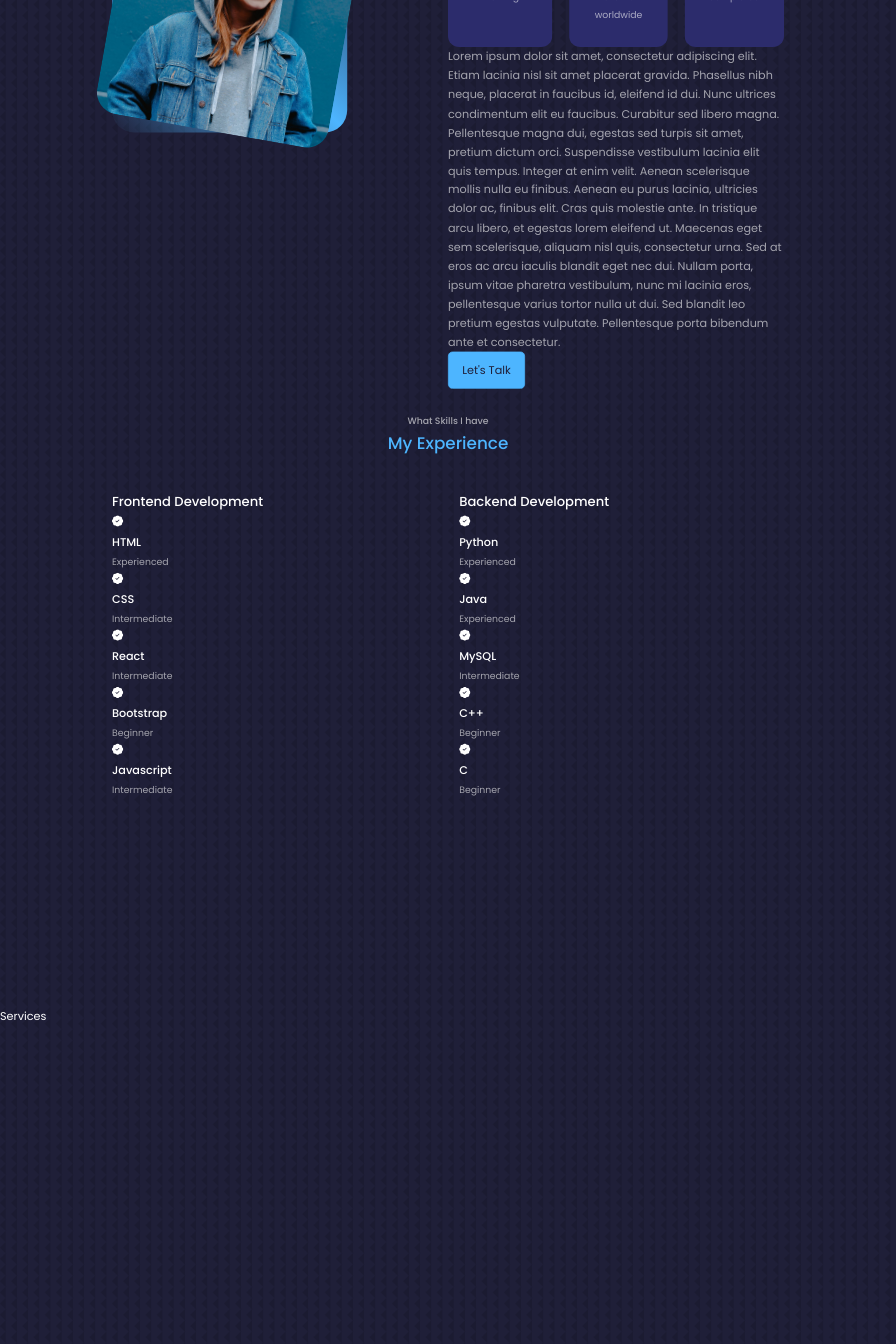
Repository: smallchungus/resumeWebsite
Page: / (app in hello/)
An editor plug-in stored every save of this project. The page is shown before and after the next save, followed by the edit.
The browser window is 1280 px wide. The pictures show the part of the page from y = 1105 to 3025 px (the page is 5835 px tall), at 70% of full size.
The project was rebuilt for these pictures with package versions that can differ from the ones it lists, and the page was loaded fresh each time. Also part of the build but not shown: hello/src/components/portfolio/portfolio.css, hello/src/components/contact/contact.css, hello/src/components/footer/footer.css. Imported but missing from the stored project, and not drawn on this page: hello/src/assets/cv.pdf.

Above is the page before, as saved 2023-03-23 19:04:06.

### hello/public/index.html
<!DOCTYPE html>
<html lang="en">

<head>
    <meta charset="UTF-8">
    <meta http-equiv="X-UA-Compatible" content="IE=edge">
    <meta name="viewport" content="width-device-width, initial-scale=1.0">
    <title>Resume Portfolio Website</title>
</head>
<body>
    <div id="root"></div>
</body>
</html>

### hello/src/App.jsx
import React from 'react'
import Header from './components/header/Header'
import Nav from './components/nav/Nav'
import About from './components/about/About'
import Experience from './components/experience/Experience'
import Services from './components/services/Services'
import Portfolio from './components/portfolio/Portfolio'
import Testimonial from './components/testimonial/Testimonial'
import Contact from './components/contact/Contact'
import Footer from './components/footer/Footer'

const App = () => {
  return (
    <>
    <Header />
    <Nav />
    <About />
    <Experience />
    <Services />
    <Portfolio />
    <Testimonial />
    <Contact />
    <Footer />
    </>
  )
}

export default App

### hello/src/index.css
@import url('https://fonts.googleapis.com/css2?family=Poppins:wght@300;400;500;600&display=swap');

*{
    margin: 0;
    padding: 0;
    border :0;
    outline: 0;
    box-sizing: border-box;
    list-style: none;
    text-decoration: none;

}

:root {
    --color-bg: #1f1f38;
    --color-bg-variant: #2c2c6c;
    --color-primary: #4db5ff;
    --color-primary-variant: rgba(77, 181, 255, 0.4);
    --color-white: #fff;
    --color-light: rgba(255,255,255,0.6);

    --transition: all 400ms ease;

    --container-width-lg: 75%;
    --container-width-md: 86%;
    --container-width-sm: 90%;

}

html{
    scroll-behavior: smooth;
}

body{
    font-family: 'Poppins', sans-serif;
    background: var(--color-bg);
    color: var(--color-white);
    line-height: 1.7;
    background-image: url(../src/assets/bg-texture.png)
}

/* ======================= General Styles =================*/

.container{
    width: var(--container-width-lg);
    margin: 0 auto;
}

h1,h2,h3,h4,h5{
    font-weight: 500;
}

h1{
    font-size:2.5rem;

}

section {
    margin-top: 8rem;
    height: 100vh;
}

section > h2, section > h5 {
    text-align: center;
    color: var(--color-light);
}

section > h2 {
    color: var(--color-primary);
    margin-bottom: 3rem;
}

.text-light{
    color:var(--color-light);
}

a{
    color: var(--color-primary);
    transition: var(--transition);
}

a:hover{
    color: var(--color-white);
}

.btn{
    width: max-content;
    display: inline-block;
    color: var(--color-primary);
    padding: 0.75rem 1.2rem;
    border-radius: 0.4rem;
    cursor: pointer;
    border: 1px solid var(--color-primary);
    transition: var( --transition );
}

.btn:hover{
    background: var(--color-white);
    color: var(--color-bg);
    border-color: transparent;
}

.btn-primary{
    background: var(--color-primary);
    color: var(--color-bg);
}

img{
    display: block;
    width: 100%;
    object-fit: cover;
}


/*==================Media Queries (Medium Devices ) ============= */
@media screen and (max-width: 1024px) {
    .container{
        width: var(--container-width-md);
    }

    section{
        margin-top: 6rem;
    }
}

/*==================Media Queries (Small Devices ) ============= */
@media screen and (max-width: 600px) {
    .container{
        width: var(--container-width-sm);
    }

    section > h2{
        margin-top: 2rem;
    }
}

### hello/src/components/header/Header.jsx
import React from 'react'
import './header.css'
import CTA from './CTA'
import ME from '../../assets/me.png'
import HeaderSocials from './HeaderSocials'
const Header = () => {
  return (
    <header>
      <div className="container header_container">
        <h5>Hello I'm</h5>
        <h1>William Chen</h1>
        <h5 className='text-light'>Fullstack Developer</h5>
        <CTA />
        <HeaderSocials/>

        <div className="me">
          <img src={ME} alt="me" />
        </div>

        <a href='#contact' className='scroll_down'>Scroll down</a>
      </div>
    </header>
  )
}

export default Header

### hello/src/components/nav/Nav.jsx
import React from 'react'
import './nav.css'
import {AiOutlineHome} from 'react-icons/ai'
import {AiOutlineUser}  from 'react-icons/ai'
import {BiBook} from 'react-icons/bi'
import {RiServiceLine} from 'react-icons/ri'
import {BiMessageSquareDetail} from 'react-icons/bi'
import {useState} from 'react'

const Nav = () => {
  const[activeNav, setActiveNav] = useState('#');
  return (
    <nav>
      <a href="#" onClick={() => setActiveNav('#')} className={activeNav === '#' ? 'active' : ''}><AiOutlineHome/></a>
      <a href="#about" onClick={() => setActiveNav('#about')} className={activeNav === '#about' ? 'active' : ''}><AiOutlineUser/></a>
      <a href="#experience" onClick={() => setActiveNav('#experience')} className={activeNav === '#experience' ? 'active' : ''}><BiBook/></a>
      <a href="#services" onClick={() => setActiveNav('#services')} className={activeNav === '#services' ? 'active' : ''}><RiServiceLine/></a>
      <a href="#contact" onClick={() => setActiveNav('#contact')} className={activeNav === '#contact' ? 'active' : ''}><BiMessageSquareDetail/></a>
    </nav>
  )
}

export default Nav

### hello/src/components/about/About.jsx
import React from 'react'
import './about.css'
import ME from '../../assets/me-about.jpg'
import {FiAward} from 'react-icons/fi'
import {FiUsers} from 'react-icons/fi'
import {VscFolderLibrary} from 'react-icons/vsc'

const About = () => {
  return (
    <section id='about'>
      <h5>Get To Know </h5>
      <h2>About Me</h2>

      <div className="container about_container">
        <div className="about_me" >
          <div className="about_me-image">
          <img src={ME} alt="About Image" />
          </div>
        </div>

        <div className="about_content">
          <div className="about_cards">
            <article className="about_card">
              <FiAward className='about_icon'/>
              <h5>Experience</h5>
              <small>1 Year Working</small>
            </article>
            <article className="about_card">
              <FiUsers className='about_icon'/>
              <h5>Clients</h5>
              <small>200+ clients worldwide</small>
            </article>
            <article className="about_card">
              <VscFolderLibrary className='about_icon'/>
              <h5>Projects</h5>
              <small>80+ completed</small>
            </article>
          </div>
          <p>
          Lorem ipsum dolor sit amet, consectetur adipiscing elit. Etiam lacinia nisl sit amet placerat gravida. Phasellus nibh neque, placerat in faucibus
          id, eleifend id dui. Nunc ultrices condimentum elit eu faucibus. Curabitur sed libero magna. Pellentesque magna dui, egestas sed turpis
          sit amet, pretium dictum orci. Suspendisse vestibulum lacinia elit quis tempus. Integer at enim velit. Aenean scelerisque mollis nulla eu finibus. Aenean eu purus lacinia, ultricies dolor ac, finibus elit.
          Cras quis molestie ante. In tristique arcu libero, et egestas lorem eleifend ut. Maecenas eget sem scelerisque, aliquam nisl quis, consectetur urna. Sed at eros ac arcu iaculis blandit eget nec dui. Nullam porta,
          ipsum vitae pharetra vestibulum, nunc mi lacinia eros, pellentesque varius tortor nulla ut dui. Sed blandit leo pretium egestas vulputate. Pellentesque porta bibendum ante et consectetur.
          </p>
          <a href="#contact" className='btn btn-primary'>Let's Talk</a>

        </div>
      </div>
    </section>
  )
}

export default About

### hello/src/components/experience/Experience.jsx
import React from 'react'
import './experience.css'
import {BsPatchCheckFill} from'react-icons/bs'



const Experience = () => {
  return (
    <section id='experience'>
      <h5>What Skills I have</h5>
      <h2>My Experience</h2>

      <div className="container experience_container">
        <div className="experience_frontend">
          <h3>Frontend Development</h3>
          <div className="experience_content">
            <article className='experience_details'>
              <BsPatchCheckFill />
              <h4>HTML</h4>
              <small className='text-light' >Experienced </small>
            </article>
            <article className='experience_details'>
              <BsPatchCheckFill />
              <h4>CSS</h4>
              <small className='text-light' >Intermediate </small>
            </article>
            <article className='experience_details'>
              <BsPatchCheckFill />
              <h4>React</h4>
              <small className='text-light' >Intermediate </small>
            </article>
            <article className='experience_details'>
              <BsPatchCheckFill />
              <h4>Bootstrap</h4>
              <small className='text-light' >Beginner </small>
            </article>
            <article className='experience_details'>
              <BsPatchCheckFill />
              <h4>Javascript</h4>
              <small className='text-light' >Intermediate </small>
            </article>
          </div>
        </div>



        <div className="experience_backend">
          <h3>Backend Development</h3>
          <article className='experience_details'>
              <BsPatchCheckFill />
              <h4>Python</h4>
              <small className='text-light' >Experienced </small>
            </article>
            <article className='experience_details'>
              <BsPatchCheckFill />
              <h4>Java</h4>
              <small className='text-light' >Experienced </small>
            </article>
            <article className='experience_details'>
              <BsPatchCheckFill />
              <h4>MySQL</h4>
              <small className='text-light' >Intermediate </small>
            </article>
            <article className='experience_details'>
              <BsPatchCheckFill />
              <h4>C++</h4>
              <small className='text-light' >Beginner </small>
            </article>
            <article className='experience_details'>
              <BsPatchCheckFill />
              <h4>C</h4>
              <small className='text-light' >Beginner </small>
            </article>
        </div>
      </div>
    </section>
  )
}

export default Experience

### hello/src/components/portfolio/Portfolio.jsx
import React from 'react'
import './portfolio.css'


const Portfolio = () => {
  return (
    < section id='portfolio'>Portfolio</section>
  )
}

export default Portfolio

### hello/src/components/testimonial/Testimonial.jsx
import React from 'react'
import './testimonial.css'
const Testimonial = () => {
  return (
    <section id='testimonials'>Testimonial</section>
  )
}

export default Testimonial

### hello/src/components/contact/Contact.jsx
import React from 'react'
import './contact.css'
const Contact = () => {
  return (
    <section id='contact'>Contact</section>
  )
}

export default Contact

### hello/src/components/header/header.css
header {
    height: 100vh;
    padding-top: 7rem;
    overflow: hidden;
}

.header_container{
    text-align: center;
    height: 100%;
    position: relative;
}

/*========================= CTA ======================= */
.cta {
    margin-top: 2.5rem;
    display: flex;
    gap: 1.2rem;
    justify-content: center;

}

/* ======================= Header Socials ==================== */
.header_socials {
    display: flex;
    flex-direction: column;
    align-items: center;
    gap: 0.8rem;
    position: absolute;
    left: 0;
    bottom: 3rem;

}

.header_socials::after{
    content: '';
    width: 1px;
    height: 2rem;
    background: var(--color-primary);
}

/* ===================== ME ==================*/

.me{
    background: linear-gradient(var(--color-primary), transparent);
    width: 22rem;
    height: 30rem;
    position: absolute;
    left: calc(50% - 11rem);
    margin-top: 4rem;
    border-radius: 12rem 12rem 0 0;
    overflow: hidden;
    padding: 5rem 1.5rem 1.5rem 1.5rem;

}

.scroll_down {
    position: absolute;
    right: -2.3rem;
    bottom: 5rem;
    transform: rotate(90deg);
    font-weight: 300;
    font-size: 0.9rem;
}

@media screen and (max-width: 600px) {
    header {
        height: 100vh;
    }
}

@media screen and (max-width: 600px)
{
    header {
        height: 100vh;
    }

    .header_socials, .scroll_down{
        display: none;
    }
}

### hello/src/components/header/CTA.jsx
import React from 'react'
import CV from '../../assets/cv.pdf'
const CTA = () => {
  return (
    <div className ='cta'>
        <a href={CV} download className='btn'>Download CV</a>
        <a href="#contact" className='btn btn-primary'>Let's Talk</a>
    </div>
  )
}

export default CTA

### hello/src/components/header/HeaderSocials.jsx
import React from 'react'
import {BsLinkedin} from 'react-icons/bs'
import {BsGithub} from 'react-icons/bs'
import {AiFillDribbbleSquare} from 'react-icons/ai'
const HeaderSocials = () => {
  return (
    <div className='header_socials'>
        <a href="https://linkedin.com/willchenn" target="_blank"><BsLinkedin></BsLinkedin></a>
        <a href="https://github.com/smallchungus" target="_blank"><BsGithub></BsGithub></a>
        <a href="https://dribble.com/" target="_blank"><AiFillDribbbleSquare></AiFillDribbbleSquare></a>
        </div>
  )
}

export default HeaderSocials

### hello/src/components/nav/nav.css
nav {
    background: rgba(0, 0, 0, 0.3);
    width: max-content;
    display: block;
    padding: 0.7rem 1.7rem;
    z-index: 2;
    position: fixed;
    left: 50%;
    transform: translateX(-50%);
    bottom: 2rem;
    display: flex;
    gap: 0.8rem;
    border-radius: 3rem;
    backdrop-filter: blur(15px);
}

nav a{
    background: transparent;
    padding: 0.9rem;
    border-radius: 50%;
    display: flex;
    color: var(--color-light);
    font-size: 1.1rem;
}

nav a:hover{
    background: rgba(0,0,0,0.3);
}

nav a.active {
    background: var(--color-bg);
    color: var(--color-white);
}

### hello/src/components/about/about.css
.about_container {
    display: grid;
    grid-template-columns: 35% 50%;
    gap: 15%;
}

.about_me {
    width: 100%;
    aspect-ratio: 1/1;
    border-radius: 2rem;
    background: linear-gradient(
        45deg,
        transparent,
        var(--color-primary),
        transparent
    );
    display: grid;
    place-items: center;
}

.about_me-image{
    border-radius: 2rem;
    overflow: hidden;
    transform: rotate(10deg);
    transition: var(--transition);

}

.about_me-image:hover{
    transform: rotate(0);
}

.about_cards{
    display: grid;
    grid-template-columns: repeat(3, 1fr);
    gap: 1.5rem;
}

.about_card {
    background: var(--color-bg-variant);
    border: 1px solid transparent;
    border-radius: 1rem;
    padding: 2rem;
    text-align: center;
    transition: var(--transition);
}

.about_card:hover {
    background: transparent;
    border-color: var(--color-primary-variant);
    cursor: default;
}

.about_icon {
    color: var(--color-primary);
    font-size: 1.4 rem;
    margin-bottom: 1rem;
}

.about_card h5 {
    font-size: 0.95rem;
}

.about_card small {
    font-size: 0.7 rem;
    color: var(--color-light);
}

.about_content p {
    margin: 2rem 0 2.6 rem;
    color: var(--color-light);
}

@media screen and (max-width: 1024px) {
    .about_container {
        grid-template-columns: 1fr;
        gap: 0;
    }

    .about_me {
        width: 50%;
        margin: 2rem auto 4rem;
    }

    .about_content p{
        margin: 1rem 0 1.5rem;
    }
}

@media screen and (max-width: 600px )
{
    .about_me{
        width: 65%;
        margin: 0 auto 3rem;
    }
    .about_cards {
        grid-template-columns: 1fr 1fr;
        gap: 1rem;
    }
    .about_content {
        text-align: center;
    }
    .about_content p {
        margin: 1.5rem 0;
    }
}

### hello/src/components/experience/experience.css
.experience_container{
    display: grid;
    grid-template-columns: 1fr 1fr;
    gap: 2rem;
}

.experience_container > div {
    background: var(--color-)
}

Loaded but not shown: hello/src/index.js (common file); hello/src/components/services/Services.jsx (common file); hello/src/components/footer/Footer.jsx (common file); hello/src/components/services/services.css (no stored copy; drawn as an empty file); hello/src/components/testimonial/testimonial.css (no stored copy; drawn as an empty file)

After the next save:
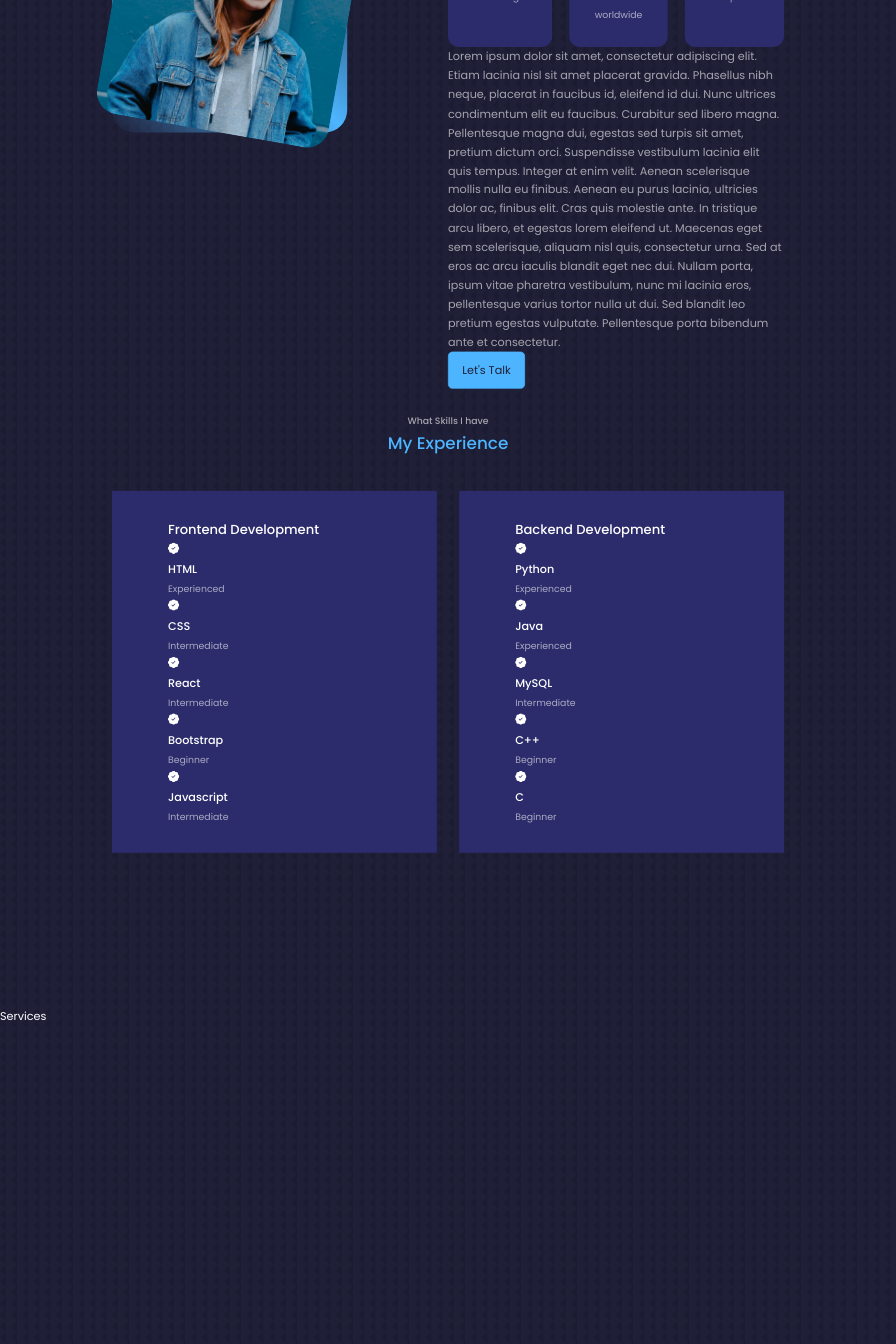
Saved 12 s later.
--- a/hello/src/components/experience/experience.css
+++ b/hello/src/components/experience/experience.css
@@ -5,5 +5,7 @@
 }
 
 .experience_container > div {
-    background: var(--color-)
+    background: var(--color-bg-variant);
+    padding: 2.4rem 5rem;
+
 }
